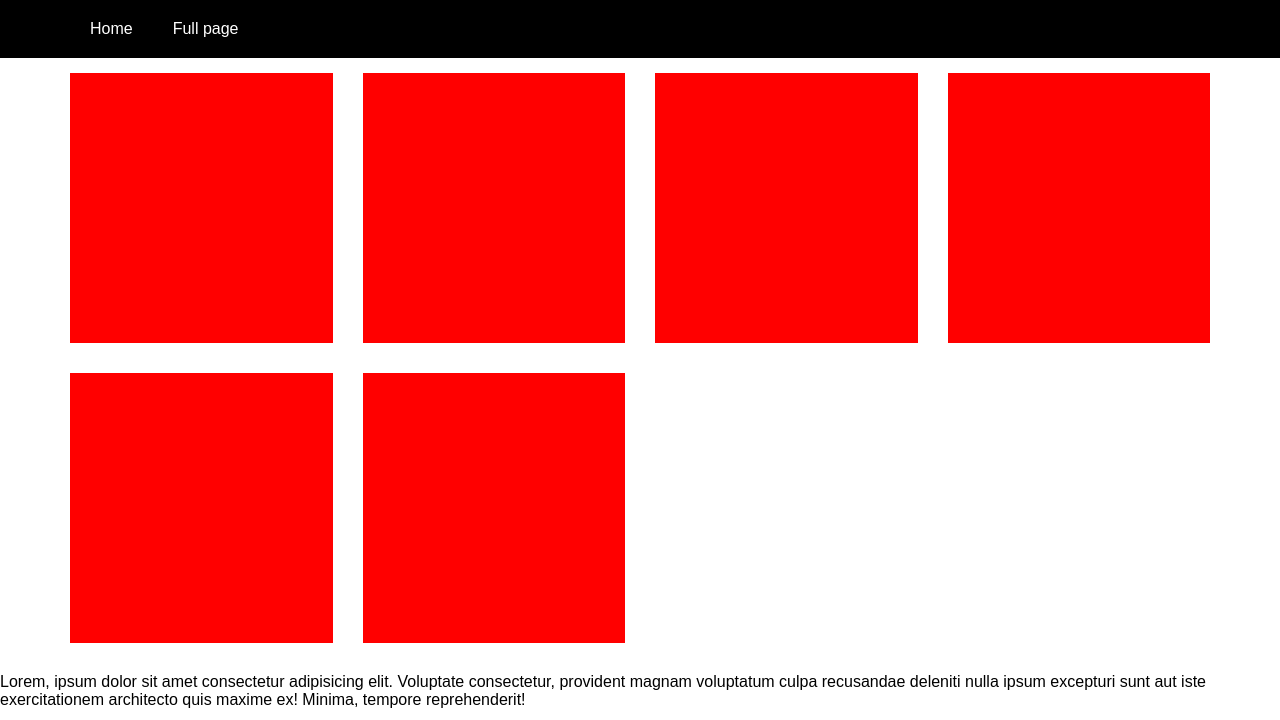
Repository: danilodscosta/CursoHTML
Page: aula1/aulascss.html
An editor plug-in stored every save of this project. The page is shown before and after the next save, followed by the edit.
The browser window is 1280 px wide. The pictures show the whole page.

Above is the page before, as saved 2024-01-17 17:51:04.

After the next save:
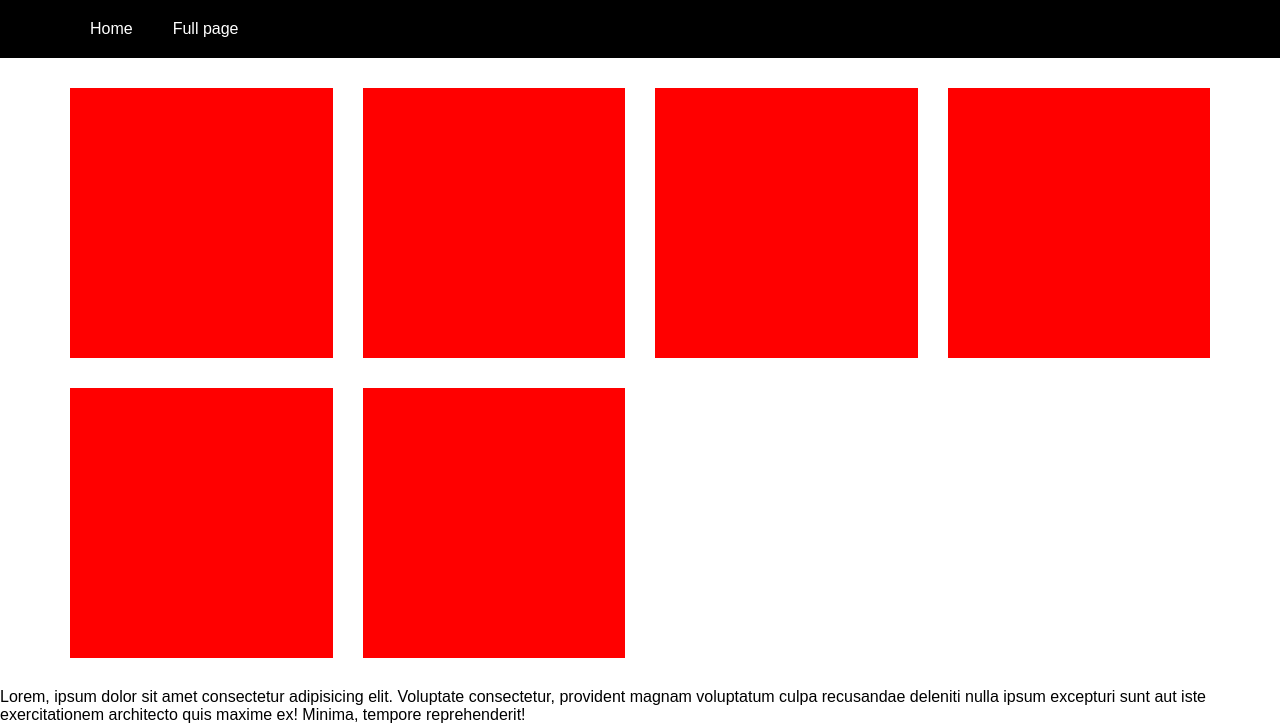
Saved 13 s later.
--- a/aula1/assets/css/aulasstyle.css
+++ b/aula1/assets/css/aulasstyle.css
@@ -16,7 +16,7 @@ body {
     max-width: 1200px;
     padding: 15px;
     margin: 0 auto;
-    padding-top: 58px;
+    padding-top: 73px;
 }
 
 .grid:after {
